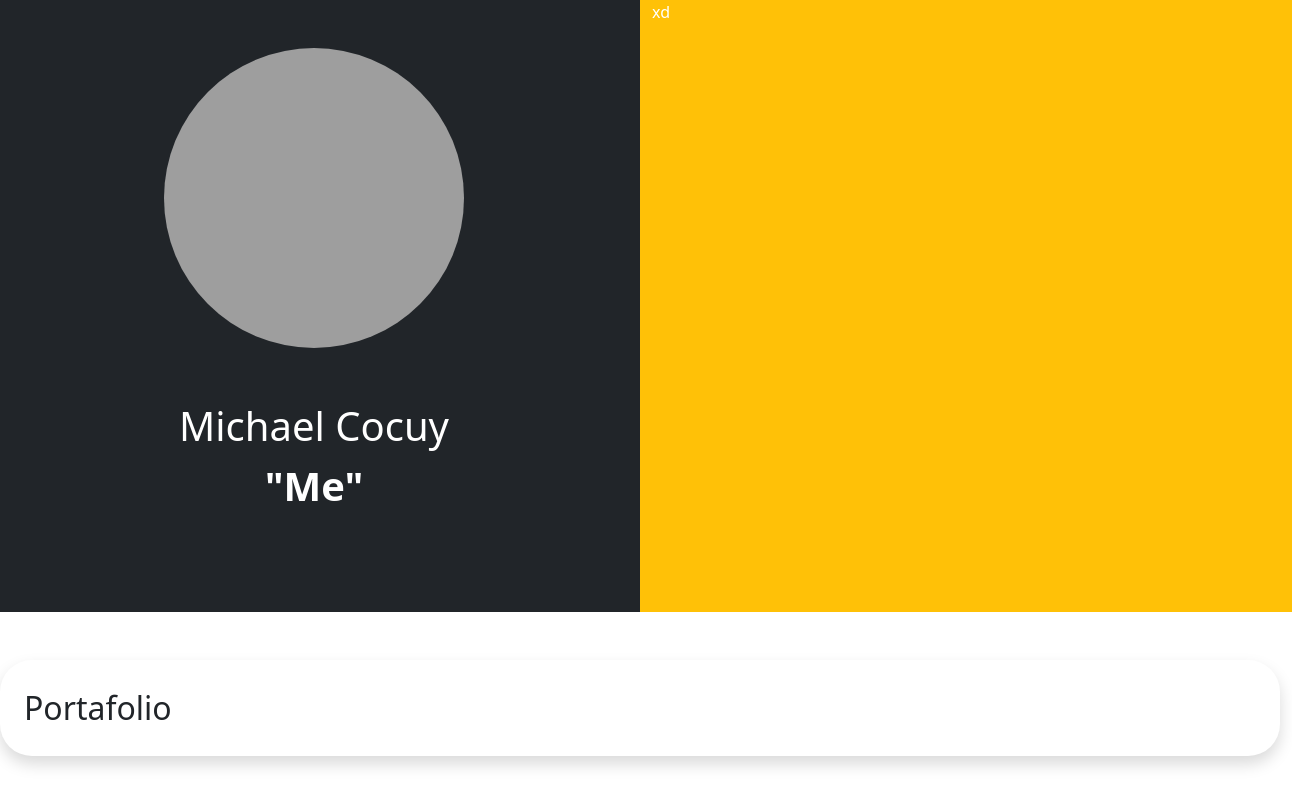
Repository: TzStrikerYT/Dise-o-web-NA00
Page: Proyecto_personal/index.html
The author's editor kept a copy of each file at every save. The page is drawn from the files as they stood at one save, then again after the next save.
The browser window is 1280 px wide. The page is 1292 px wide, so the pictures cover 1292 px, including what lies to the right of the window. The pictures show the whole page.
Pictures or frames that could not be fetched are drawn as grey boxes.

Above is the page before, as saved 2024-08-28 21:25:28.

### Proyecto_personal/index.html
<!doctype html>
<html lang="en">
  <head>
    <meta charset="utf-8">
    <meta name="viewport" content="width=device-width, initial-scale=1">
    <title>Bootstrap demo</title>

    <link rel="stylesheet" href="style.css">

    <link href="https://cdn.jsdelivr.net/npm/bootstrap@5.3.3/dist/css/bootstrap.min.css" rel="stylesheet" integrity="sha384-QWTKZyjpPEjISv5WaRU9OFeRpok6YctnYmDr5pNlyT2bRjXh0JMhjY6hW+ALEwIH" crossorigin="anonymous">
  </head>
  <body class="">

    <!-- <div class="d-flex gap-5 justify-content-around vh-100 align-items-start">

        <div style="width: 200px; height: 200px; background: #449195;"></div>
        <div style="width: 200px; height: 200px; background: #449195;"></div>
        <div style="width: 200px; height: 200px; background: #449195;"></div>

    </div> -->

    <div class="row text-white">
        <div class="py-5 bg-dark col-md-6 d-flex flex-column align-items-center">
            <div class="mi-image border-0 rounded-circle">
                <!-- imagen -->
            </div>
            <div class="py-5 d-flex flex-column align-items-center">
                <span class="fs-1">Michael Cocuy</span>
                <span class="fs-1 fw-bolder">"Me"</span>
            </div>
        </div>
        <div class="bg-warning col-md-6">xd</div>
    </div>

    <div class="py-5">

      <div class="p-4 shadow border-0 rounded-5 shadow">
        <span class="fs-2">Portafolio</span>
      </div>

    </div>

    <script src="./script.js"></script>

    <script src="https://cdn.jsdelivr.net/npm/bootstrap@5.3.3/dist/js/bootstrap.bundle.min.js" integrity="sha384-YvpcrYf0tY3lHB60NNkmXc5s9fDVZLESaAA55NDzOxhy9GkcIdslK1eN7N6jIeHz" crossorigin="anonymous"></script>
  </body>
</html>

### Proyecto_personal/style.css
.mi-image {
    width: 300px;
    height: 300px;
    background: url("https://i.pinimg.com/236x/dd/57/04/dd5704fb37c592472942b0dde96e92bf.jpg");
    background-repeat: no-repeat;
    background-size: cover;
}

### Proyecto_personal/script.js
for(let i = 1; i <= 10; i++){
    if(i <= 9){
      console.log(`${i},`)
    } else {
      console.log(i)
    }
  }

let i = 1

while(i <= 10){

    // code here
    if(i <= 9){
        console.log(`${i},`)
      } else {
        console.log(i)
      }
    i++
}

for(let i = 1; i <= 3; i++){

    for(let j = 1; j <= 5; j++){

      if(i === 1){
        console.log("a",j)
      }

      if(i === 2){
        console.log("b",j)
      }

      if(i === 3){
        console.log("c",j)
      }
    }

  }

After the next save:
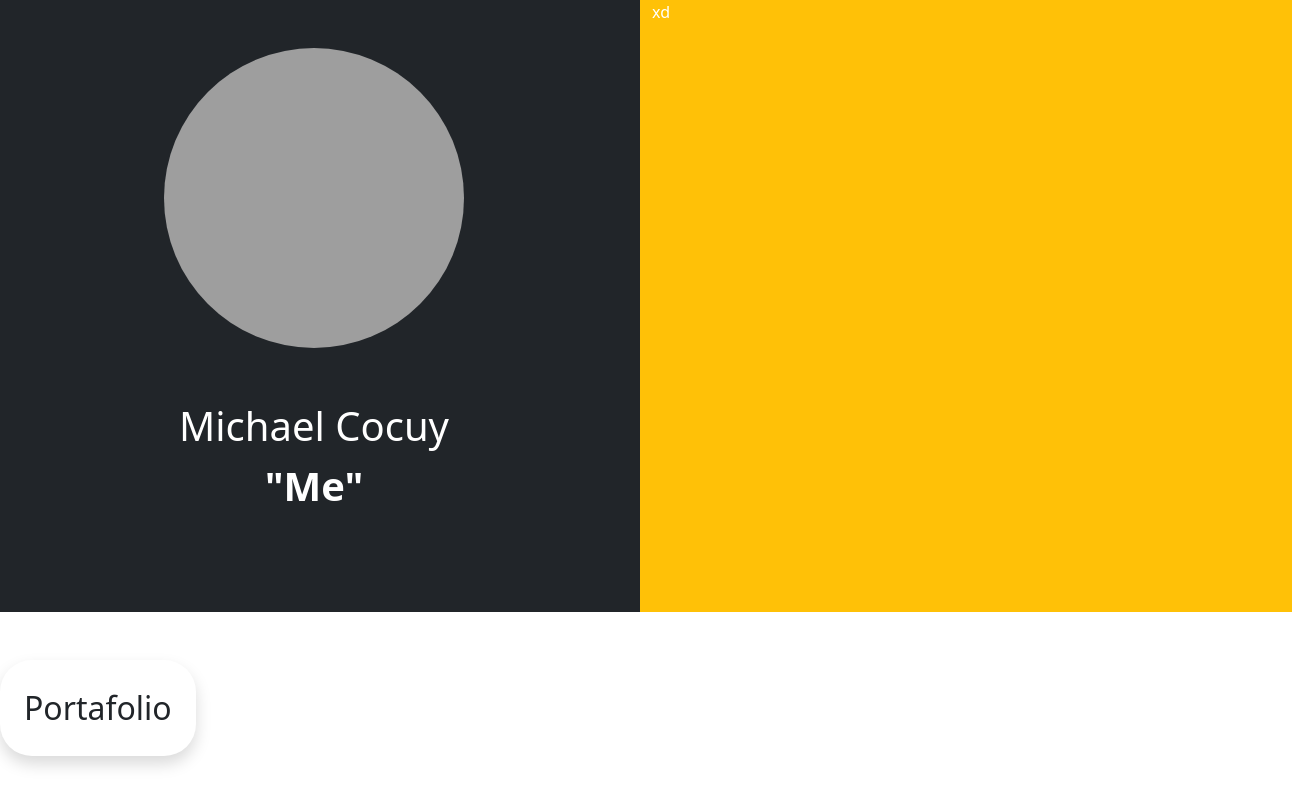
Saved 12 s later.
--- a/Proyecto_personal/index.html
+++ b/Proyecto_personal/index.html
@@ -32,7 +32,7 @@
         <div class="bg-warning col-md-6">xd</div>
     </div>
 
-    <div class="py-5">
+    <div class="d-flex py-5">
 
       <div class="p-4 shadow border-0 rounded-5 shadow">
         <span class="fs-2">Portafolio</span>
